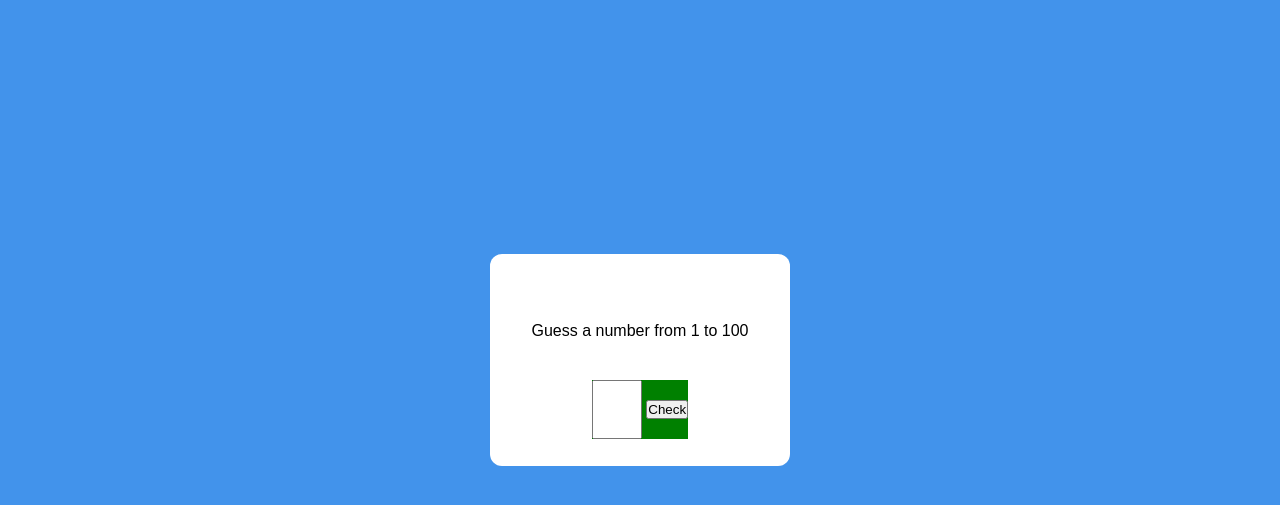
Repository: Ankitkr2021/Guess_Game
Page: index.html
The author's editor kept a copy of each file at every save. The page is drawn from the files as they stood at one save, then again after the next save.
The browser window is 1280 px wide. The pictures show the whole page.

Above is the page before, as saved 2025-09-30 17:41:46.

### index.html
<!DOCTYPE html>
<html lang="en">
<head>
    <meta charset="UTF-8">
    <meta name="viewport" content="width=device-width, initial-scale=1.0">
    <title>Document</title>
    <link rel="stylesheet" href="./style.css">
</head>
<body>
    <div class="box">
        <p>Guess a number from 1 to 100</p>
        <div class="same-line">
        <input type="number">
        <button type="submit">Check</button>
        </div>
    </div>
</body>
</html>

### style.css
@import url("https://fonts.googleapis.com/css2?family=Poppins:wght@300;400;500;600;700&display=swap">
);

*{
    margin: 0;
    padding: 0;
    box-sizing: border-box;
    font-family: 'Poppins',sans-serif;
}

body{
    display: flex;
    justify-content: center;
    align-items: center;
    height: 100vh;
    width: 100%;
    background: #4293eb;
}

.box{
    background: #fff;
    height: 212px;
    width: 300px;
    border-radius: 12px;
    display: flex;
    flex-direction: column;
    align-items: center;
    justify-content: center;
}

p{
    padding: 40px 20px;
}

.same-line {
    background: green;
}

input{
    padding: 20px;
    width: 50px;
}

#button{
    width: 50px;
    text-align: center;
}

After the next save:
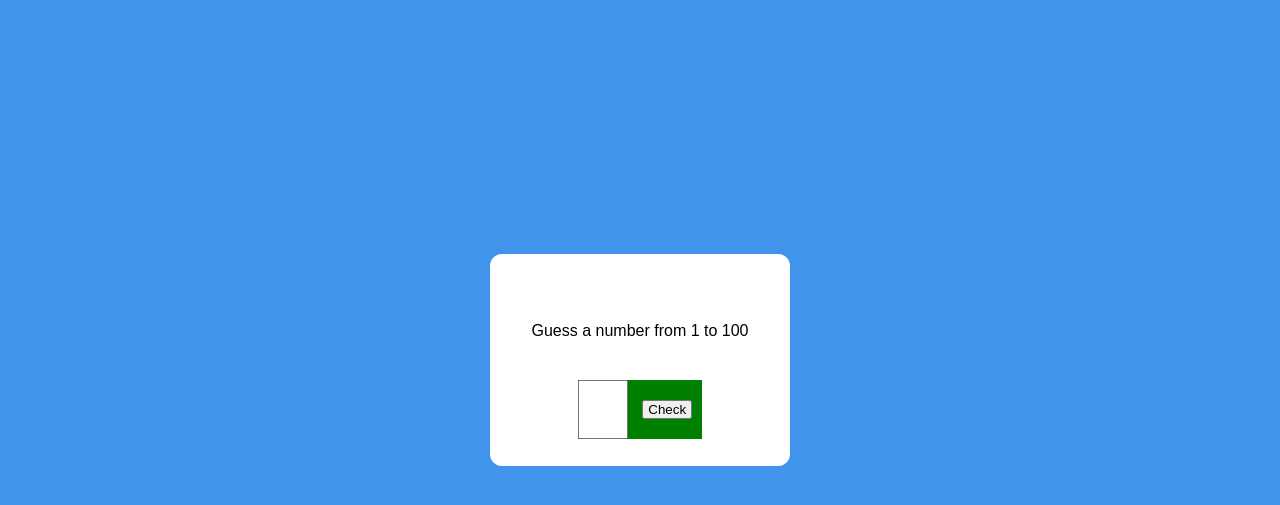
Saved 14 s later.
--- a/style.css
+++ b/style.css
@@ -41,7 +41,7 @@ input{
     width: 50px;
 }
 
-#button{
+button{
     width: 50px;
-    text-align: center;
+    margin: 10px;
 }
